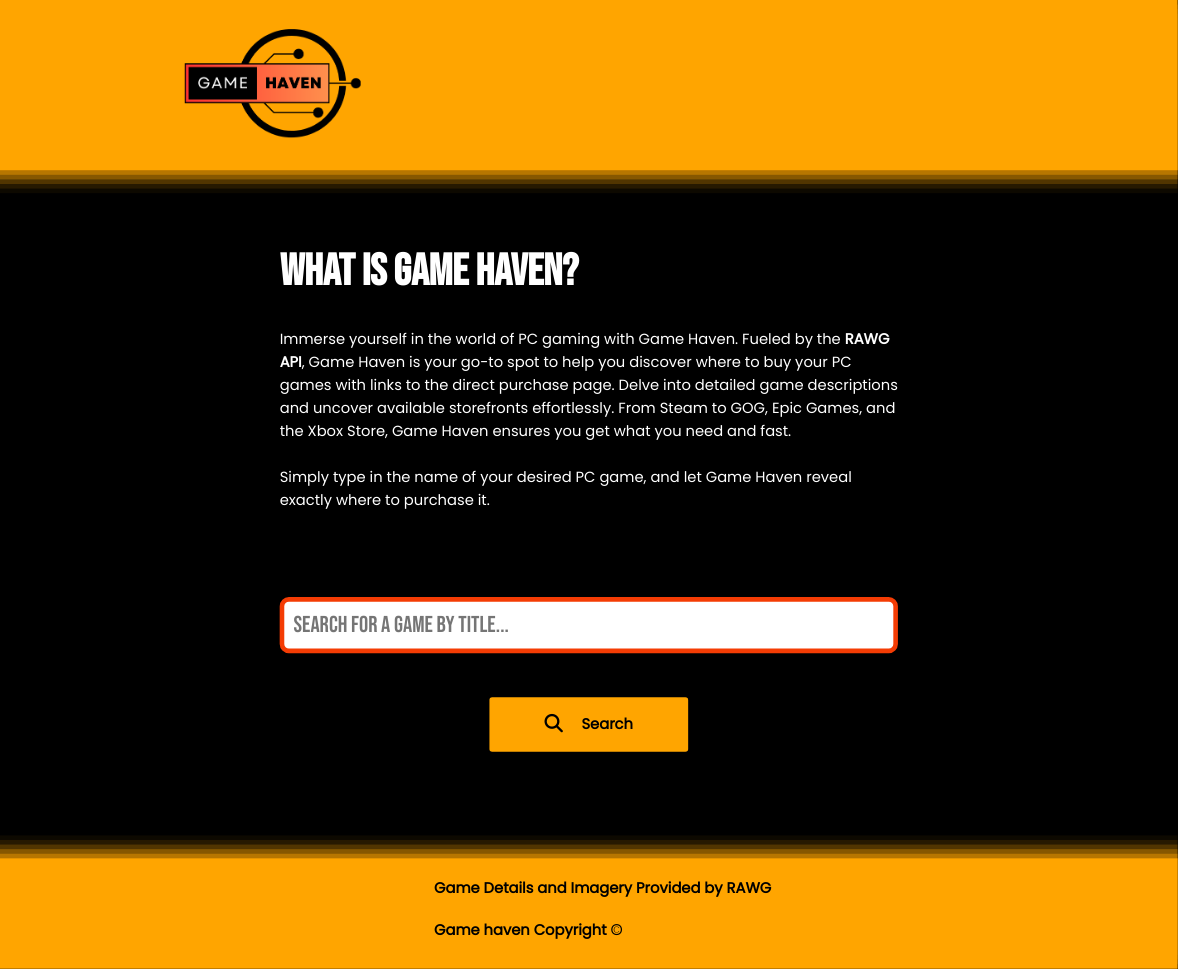
Repository: Steakfries101/Game-Haven
Page: index.html
These files come from the project's save history. The page is drawn as it stood at one moment and after a run of saves; the edit follows.
The browser window is 1280 px wide. The pictures show the whole page, at 92% of full size.
Some web libraries are served in a nearby version.

Above is the page before, as saved 2024-03-01 16:15:48.

### index.html
<!DOCTYPE html>
<html lang="en">

<head>
    <link rel="preconnect" href="https://fonts.googleapis.com">
    <link rel="preconnect" href="https://fonts.gstatic.com" crossorigin>
    <link href="https://fonts.googleapis.com/css2?family=Bebas+Neue&display=swap" rel="stylesheet">
    <link rel="preconnect" href="https://fonts.googleapis.com">
    <link rel="preconnect" href="https://fonts.gstatic.com" crossorigin>
    <link href="https://fonts.googleapis.com/css2?family=Poppins&display=swap" rel="stylesheet">
    <script src="https://kit.fontawesome.com/a00487040a.js" crossorigin="anonymous"></script>
    <meta charset="UTF-8">
    <meta name="viewport" content="width=device-width, initial-scale=1.0">
    <link rel="stylesheet" href="styles.css">

    <title>Game Haven</title>
    <link id="favicon" rel="icon" href="assets/Asset-2.ico" type="image/png" sizes="32*32">
</head>

<body>
    <div class="wrapper">
        <div id="top-bar">
            <img src="/assets/game-haven-logo.png" id="logo" alt="Gamehaven Logo">
        </div>
        <div class=site-body>
            <div class=intro>
                <h1>What is Game Haven?</h1>
                <p>Immerse yourself in the world of PC gaming with Game Haven. Fueled by the <strong>RAWG API</strong>,
                    Game Haven is your go-to spot to help you discover where to buy your PC games with links to the
                    direct purchase page.
                    Delve into detailed game descriptions and uncover available storefronts effortlessly. From Steam to
                    GOG, Epic Games, and the Xbox Store, Game Haven ensures you get what you need and fast. <br>
                    <br>Simply type in the name of your desired PC game, and let Game Haven reveal
                    exactly where to purchase it.
                </p>
            </div>
            <h2>Search</h2>
            <form class="search-container" id="noRefreshForm">
                <div class="form-container">
                    <div class="input-container">
                        <input type="search" class="search-bar" id="search-bar"
                            placeholder="Search for a game by title...">
                        <label for="search-bar">Example Label:</label>
                    </div>
                    <div class="button-container">
                        <button type="submit" class="search-button" id="search-submit">
                            <i class="fa-solid fa-magnifying-glass fa-lg" id="search-icon"></i>Search
                        </button>
                    </div>
                </div>
            </form>
        </div>
        <ul class="game-list">
        </ul>
    </div>
    <footer id="footer">
        <div id="copyright">
            <h3>Game Details and Imagery Provided by RAWG</h3>
            <h3>Game haven Copyright ©</h3>
        </div>
    </footer>
</body>
<script type="module" src="script.js"></script>

</html>

### styles.css
/* GLOBAL STYLINGS html*/
#logo {
  width: 45%;
  /* padding-left: 200px; */
}

#top-bar {
  text-align: left;
}

p {
  font-family: "Poppins", sans-serif;
}

h2 {
  color: black;
  text-align: center;
  /* font-family: */
  font-family: "Bebas Neue", sans-serif;
  letter-spacing: 1.4px;
  font-size: 3rem;
}

h1 {
  font-family: "Bebas Neue", sans-serif;
  font-size: 3rem;
}

.search-container {
  padding-bottom: 100px;
}

#search-bar {
  width: 100%;
  padding: 10px;
  border: #f43c04 solid 5px;
  border-radius: 10px;
  font-size: 25px;
  font-family: "Bebas Neue", sans-serif;
}

#search-submit {
  outline: none;
  cursor: pointer;
  font-weight: 600;
  border-radius: 3px;
  padding: 20px 60px;
  border: 0;
  color: black;
  background: orange;
  line-height: 1.15;
  font-size: 16px;
  font-family: "poppins", sans-serif;
  margin-top: 30px;
}

#search-submit:hover {
  transition: all 0.1s ease;
  box-shadow: 0 0 0 0 #fff, 0 0 0 3px white;
  font-size: 18px;
}

.search-display {
  color: white;
  text-align: center;
  padding: 45px;
  font-size: 3rem;
}

.input-container {
  width: 75%;
  margin: auto;
}

.button-container {
  width: 75%;
  margin-top: 30px;
  text-align: center;
  margin: auto;
}

#search-icon {
  margin-right: 20px;
  transition: color 0.1s linear;
}

#search-submit:hover #search-icon {
  size: 23px;
  color: red;
}

/*CSS responsible for keeping footer at bottom*/
body,
html {
  height: 100%;
  margin: 0;
}

body {
  background-color: black;
}

.wrapper {
  display: flex;
  flex-direction: column;
  min-height: 100%;
}

#footer {
  flex-shrink: 0;
  background-color: Orange;
  padding-bottom: 20px;
  height: 100px;
  width: 100%;
  display: flex;
  align-content: center;
  justify-content: center;
  box-shadow: rgba(255, 165, 0, 0.4) 0px -5px, rgba(255, 165, 0, 0.3) 0px -10px, rgba(255, 165, 0, 0.2) 0px -15px, rgba(255, 165, 0, 0.1) 0px -20px,
    rgba(255, 165, 0, 0.05) 0px -25px;
}

#footer h3 {
  /* align-self: flex-end; */
  /* align-self: flex-end; */
  margin-top: 20px;
  margin-right: 20px;
  font-size: 1rem;
  font-family: "poppins", sans-serif;
}

#copyright {
  /* width: 50%; */
  padding-left: 50px;
}

/*Read more and Read less button stylings */
.read-more,
.read-less {
  display: block;
  background-color: black;
  border-radius: 6px;
  box-shadow: rgba(0, 0, 0, 0.1) 0 2px 4px;
  color: #ffffff;
  cursor: pointer;
  height: 40px;
  text-align: center;
  margin: auto;
  width: 25%;
  z-index: 9;
  border: 0;
  transition: box-shadow 0.2s, font-size 0.2s, width 0.2s, height 0.2s;
}

.intro {
  width: 75%;
  display: block;
  margin: auto;
  padding-top: 50px;

  color: white;
}

.read-more:hover,
.read-less:hover {
  box-shadow: rgba(0, 0, 0, 0.25) 0px 54px 55px, rgba(0, 0, 0, 0.12) 0px -12px 30px, rgba(0, 0, 0, 0.12) 0px 4px 6px,
    rgba(0, 0, 0, 0.17) 0px 12px 13px, rgba(0, 0, 0, 0.09) 0px -3px 5px;
  height: 42px;
  width: 26%;
  font-size: 0.9rem;
}

/* CSS */

.store-fronts h4 {
  font-family: "Poppins", sans-serif;
  display: none;
}

/*TOP BAR STYLINGS  */
#top-bar {
  background-color: Orange;
  text-align: center;
  box-shadow: rgba(255, 165, 0, 0.4) 0px 5px, rgba(255, 165, 0, 0.3) 0px 10px, rgba(255, 165, 0, 0.2) 0px 15px, rgba(255, 165, 0, 0.1) 0px 20px,
    rgba(255, 165, 0, 0.05) 0px 25px;
}

li img {
  text-align: center;
}

/*Storefront CSS (Store logos and links)*/

.store-fronts img {
  padding-right: 10px;
  width: 67px;
}

.store-fronts {
  /* display:flex;   */
  text-align: center;
  /* flex-direction: column-reverse; */
}

/* Game infos related CSS */
.game-list {
  margin-left: -40px;
  background-color: #325bbc;

  /* background-color: #f43c04; */

  box-shadow: rgba(50, 91, 188, 0.4) 0px -5px 0px, rgba(50, 91, 188, 0.3) 0px -10px 0px, rgba(50, 91, 188, 0.2) 0px -15px 0px,
    rgba(50, 91, 188, 0.1) 0px -20px 0px, rgba(50, 91, 188, 0.05) 0px -25px 0px;
  margin-bottom: 0;
}

.game-data {
  display: flex;
  margin: auto;
  width: 86%;
  flex-direction: column;
  justify-content: space-around;
  align-items: center;
  background-color: orange;
  transition: border-left 200ms ease, border-right 200ms ease, box-shadow 200ms;
  background-color: orange;
  filter: brightness(100%);
  transition: filter 200ms linear;
  margin-bottom: 20px;
  box-shadow: rgba(0, 0, 0, 0.25) 0px 54px 55px, rgba(0, 0, 0, 0.12) 0px -12px 30px, rgba(0, 0, 0, 0.12) 0px 4px 6px,
    rgba(0, 0, 0, 0.17) 0px 12px 13px, rgba(0, 0, 0, 0.09) 0px -3px 5px;
  border-radius: 5px;
}

.game-cover {
  max-width: 90%;
  max-height: 399px;

  margin-bottom: 50px;
  margin-top: 50px;
  border-radius: 20px;
  box-shadow: rgba(0, 0, 0, 0.25) 0px 54px 55px, rgba(0, 0, 0, 0.12) 0px -12px 30px, rgba(0, 0, 0, 0.12) 0px 4px 6px,
    rgba(0, 0, 0, 0.17) 0px 12px 13px, rgba(0, 0, 0, 0.09) 0px -3px 5px;
}

.game-desc {
  color: black;
  max-width: 75%;
  font-size: 1.2rem;
  padding-bottom: 50px;
}

.description-container {
  margin-top: 20px;
  max-height: 506px;
  padding-bottom: 50px;
  overflow: hidden;
  overflow-y: auto;
}

.link-container {
  display: flex;
  justify-content: space-between;
}

.trailer-ost-links {
  /* background-color:blue; */
  /* padding:10px;*/
  /* border-radius: 10px;*/
  color: navy;
  font-size: 2rem;
  font-family: "Bebas Neue", sans-serif;

  /* transition: border-radius 0.2s linear; */
  /* margin-top: 0px;
  background-color: orangered; */
}
.clickables-container {
  display: flex;
  flex-direction: column-reverse;
  justify-content: space-between;
  flex-wrap: wrap-reverse;
}

/* LARGESCREEN MEDIA QUERIES*/
.form-container {
  align-items: center;
  display: flex;
  flex-direction: column;
  width: 100%;
}

@media only screen and (min-width: 1000px) {
  @media only screen and (min-width: 1000px) and (max-width: 1200px) {
    .clickables-container {
      flex-direction: column-reverse !important;
    }

    .link-container p {
      margin-top: 5px !important;
    }
    .description-container {
      max-height: fit-content;
    }
  }
  #logo {
    width: 15%;
    /* padding-left: 200px; */
    margin-left: 200px;
  }

  #top-bar {
    text-align: left;
  }

  h2 {
    font-size: 1.7rem;
    text-align: left;
  }

  .game-data {
    flex-direction: row;
    justify-content: space-between;
    max-width: 85%;
    filter: brightness(85%);
  }

  .game-data:hover {
    filter: brightness(100%);
    box-shadow: rgba(0, 0, 0, 0.16) 0px 3px 6px, rgba(0, 0, 0, 0.23) 0px 3px 6px;
  }

  .game-desc {
    max-width: 40%;
    padding-right: 75px;
    font-size: 1rem;
    min-width: 15%;
    word-wrap: break-word;
    /* margin: 0 0 25px; */
    display: flex;
    flex-direction: column;
  }

  .defaultDesc {
    margin-right: 4%;
    margin-left: -50px;
    font-size: 1.5rem;
  }

  .game-cover {
    max-width: 40%;
    max-height: 399px;
    margin-left: 55px;
    border-radius: 20px;
    box-shadow: rgba(0, 0, 0, 0.25) 0px 54px 55px, rgba(0, 0, 0, 0.12) 0px -12px 30px, rgba(0, 0, 0, 0.12) 0px 4px 6px,
      rgba(0, 0, 0, 0.17) 0px 12px 13px, rgba(0, 0, 0, 0.09) 0px -3px 5px;
  }

  .store-fronts {
    display: flex;
    /* justify-content: space-between; */
    flex-direction: row-reverse;
    justify-content: start;
    /* flex: 0 0 80%; */
  }

  .link-container {
    justify-content: start;
    padding-top: 0px;
    padding-right: 20px;
    gap: 20px;
  }

  .trailer-ost-links {
    font-size: 1.7rem;
    height: 30px;
  }

  .trailer-ost-links:hover {
    cursor: pointer;
    border-bottom: 3px navy solid;
    padding-bottom: 0px;
  }

  .clickables-container p {
    margin-bottom: 0px;
    margin-top: 20px;
  }

  .clickables-container {
    flex-direction: row-reverse;
  }

  .store-fronts img {
    width: 50px;
    height: 50px;
    transition: width 100ms linear, height 100ms linear;
    margin-right: 10px;
  }

  .store-fronts img:hover {
    height: 47px;
    width: 47px;
  }

  .description-container {
    scrollbar-color: #d98c00 #f43c04;
    flex-direction: column !important;
    max-height: 256px;
    padding-right: 10px;
  }
  .site-body {
    display: flex;
    flex-direction: column;
    align-content: center;

    margin: auto;
  }
  .intro {
    margin: auto;
  }

  .input-container {
    margin: 0;
  }
  .site-body {
    max-width: 70%;
  }
  .read-more {
    margin-bottom: -30px;
  }
}

### script.js
import * as iconGenerator from "/components/storeIconGenerator.js";
import { textDecider } from "/components/gameTextButtonCreator.js";

//YOUTUBE API
const youtubeKey = "AIzaSyCsEU3Fe6wNACeFTvZQgKA46QnreQL12NI";

//RAWG API
const baseUrl = "https://api.rawg.io/api/games";
const apiKey = "?key=eb297cab936749b380d022a9e1f0c9f1";

let searchButt = document.querySelector(".search-button");
searchButt.addEventListener("click", search);
let gameList = document.querySelector(".game-list");

//Stops the form from submitting (refreshing ) each time a search is made
document.getElementById("noRefreshForm").addEventListener("submit", (e) => {
  e.preventDefault();
});

async function fetchYoutubeTrailer(gameName) {
  try {
    const response = await fetch(
      `https://www.googleapis.com/youtube/v3/search?part=snippet&order=relevance&maxResults=1&q=${gameName} trailer&key=AIzaSyCsEU3Fe6wNACeFTvZQgKA46QnreQL12NI`
    );
    if (!response.ok) {
      throw new Error("Failed to fetch youtube data");
    }
    const youtubeData = await response.json();
    const videos = youtubeData.items;
    // console.log(youtubeData);
    return videos;
  } catch (error) {
    console.error("Error fetching youtube data");
  }
}
async function fetchYoutubePlaylist(gameName) {
  try {
    const response = await fetch(
      // https://www.googleapis.com/youtube/v3/search?q=your_search_query&part=snippet&maxResults=10&type=playlist&key=YOUR_API_KEY

      `https://www.googleapis.com/youtube/v3/search?part=snippet&maxResults=1&q=${gameName} OST &type=playlist&key=AIzaSyCsEU3Fe6wNACeFTvZQgKA46QnreQL12NI`
    );
    if (!response.ok) {
      throw new Error("Failed to fetch youtube playlist data");
    }
    const youtubeData = await response.json();
    const videos = youtubeData.items;
    // console.log(youtubeData);
    return videos;
  } catch (error) {
    console.error("Error fetching youtube playlist data");
  }
}

//Get the game data
async function fetchGameData(gameName) {
  try {
    const response = await fetch(`${baseUrl}${apiKey}&search=${gameName}&search_exact=true&ordering=name?parent_platforms=1`);
    if (!response.ok) {
      throw new Error("Failed to fetch game data");
    }

    const data = await response.json();
    const games = data.results;
    return games;
  } catch (error) {
    console.error("Error fetching game data", error);
  }
}
//Get the game descriptions
async function getGameDescription(gameId) {
  try {
    const response = await fetch(`${baseUrl}/${gameId}${apiKey}`);
    if (!response.ok) {
      throw new Error("Failed to fetch game desc data");
    }
    const data = await response.json();
    return data.description;
  } catch (error) {
    console.error("Error fetching game descriptions ERROR: ", error);
  }
}

//Get stores for each game based on game id
async function getGameStores(gameId) {
  try {
    const response = await fetch(`${baseUrl}/${gameId}/stores${apiKey}`);

    if (!response.ok) {
      throw new Error("Failed to fetch game stores data");
    }
    const data = await response.json();
    return data.results;
  } catch (error) {
    console.error("Error fetching game stores data ERROR: ", error);
  }
}

//Beginning of loop that loops through returned data games and builds javascript
async function loopData(gameName) {
  const gameData = await fetchGameData(gameName);
  const gameList = document.querySelector(".game-list");
  const error = document.createElement("h2");

  error.className = "search-display";
  error.textContent = searchDisplay(gameData);
  gameList.appendChild(error);
  //Check if data returned from search query

  //If data is there this checks each games storefronts to confirm it has one of the following as a store (5,1,2,11)
  gameData.forEach(async (game) => {
    // console.log(game);

    if (game.stores !== null) {
      const includesStore = game.stores.some(
        (store) => store.store.id === 5 || store.store.id === 1 || store.store.id === 2 || store.store.id === 11
      );
      if (!includesStore) {
        return;
      }
      console.log(game.name);
      const text = await getGameDescription(game.id);

      const gameItem = document.createElement("li");
      gameItem.className = "game-item";
      gameList.appendChild(gameItem);

      const gameInfo = document.createElement("article");
      gameInfo.className = "game-data";
      gameItem.appendChild(gameInfo);

      const gameCover = document.createElement("img");
      gameCover.src = game.background_image;
      gameCover.alt = `Game image of ${game.name}`;
      gameCover.className = "game-cover";
      gameInfo.appendChild(gameCover);

      const gameDesc = document.createElement("div");
      gameDesc.className = "game-desc";
      gameInfo.appendChild(gameDesc);

      const storeFronts = document.createElement("div");
      storeFronts.className = "store-fronts";

      const gameTitle = document.createElement("h2");
      gameTitle.textContent = game.name;
      gameDesc.appendChild(gameTitle);

      const clickables = document.createElement("div");
      clickables.className = "clickables-container";

      gameDesc.appendChild(clickables);
      const linkContainer = document.createElement("div");
      linkContainer.className = "link-container";
      gameDesc.appendChild(linkContainer);

      const trailerLink = document.createElement("p");
      trailerLink.className = "trailer-ost-links";
      trailerLink.textContent = "Trailer";
      trailerLink.addEventListener("click", () => {
        getTrailer();
      });
      linkContainer.appendChild(trailerLink);

      const soundtrackLink = document.createElement("p");
      soundtrackLink.textContent = "Soundtrack";
      soundtrackLink.className = "trailer-ost-links";
      linkContainer.appendChild(soundtrackLink);
      soundtrackLink.addEventListener("click", () => {
        getPlaylist();
      });

      clickables.appendChild(linkContainer);

      textDecider(text, gameDesc, storeFronts, clickables);

      async function getTrailer() {
        let gameRename = "";
        if (!game.name.includes("1")) {
          gameRename = game.name + " 1";
        } else {
          gameRename = game.name;
        }
        const trailerData = await fetchYoutubeTrailer(gameRename);

        const videoId = trailerData[0].id.videoId;
        window.open(`https://www.youtube.com/watch?v=${videoId}`);
      }

      async function getPlaylist() {
        // const playlistData = await fetchYoutubePlaylist(game.name);
        // // console.log(game.name);
        // const playList = playlistData[0].id.playlistId;

        // if (!playList) {
        //   alert("No soundtrack found");
        // } else {
        //   window.open(`//www.youtube.com/playlist?list=${playlistData[0].id.playlistId}`);
        console.log(
          `https://www.googleapis.com/youtube/v3/search?part=snippet&maxResults=1&q=${game.name} OST &type=playlist&key=AIzaSyCsEU3Fe6wNACeFTvZQgKA46QnreQL12NI`
        );
      }
      adjustPadding(gameList);
      //-----------------STOREFRONT LOGO CODE-----------------//

      const stores = await getGameStores(game.id);
      stores.forEach((store) => {
        switch (store.store_id) {
          case 1:
            iconGenerator.createSteam(store, storeFronts);
            break;
          case 5:
            iconGenerator.createGOG(store, storeFronts);
            break;
          case 11:
            iconGenerator.createEpicGames(store, storeFronts);
            break;
          case 2:
            iconGenerator.createXboxStore(store, storeFronts);
            break;
        }
      });
    }
  });
}

function getSearchValue() {
  const value = document.querySelector(".search-bar").value;
  return value;
}

function search() {
  gameList.innerHTML = "";
  if (!getSearchValue()) {
    alert("Please Enter A Game Name!");
    return;
  } else {
    loopData(getSearchValue());
  }
}

function searchDisplay(data) {
  if (data == "") {
    return `No game by the name of ${getSearchValue()}`;
  } else {
    return `Showing results for ${getSearchValue()}`;
  }
}

//**********************************************************THIS PUTS STOREFRONT ICONS INBETWEEN TITLE AND TEXT */

function adjustPadding(gameList) {
  if (gameList.children.length > 0) {
    gameList.style.paddingBottom = "200px";
  } else {
    gameList.style.padding = "0";
  }
}

//Create back to top button
const backToTop = document.createElement("p");
backToTop.textContent = "HELLO";

### components/storeIconGenerator.js
//-----------------STORE FRONT LINKS + LOGO GENERATOR FUNCTIONS-----------------//
function createSteam(store, storeFronts) {
    const storeLink = document.createElement("a");
    const image = document.createElement("img");
    image.src = "assets/Steam_icon_logo.svg.png";
    image.alt = "Steam Logo";
    storeLink.appendChild(image);
    storeLink.href = store.url;
    storeFronts.appendChild(storeLink);
  }

  function createGOG(store, storeFronts) {
    const storeLink = document.createElement("a");
    const image = document.createElement("img");
    image.src = "assets/gog_icon_135545.png";
    image.alt = "GOG Logo";
    storeLink.appendChild(image);
    storeLink.href = store.url;
    storeFronts.appendChild(storeLink);
  }


  function createEpicGames(store, storeFronts) {
    const storeLink = document.createElement("a");
    const image = document.createElement("img");
    image.src = "assets/Epic_Games_logo.svg.png";
    image.alt = "Epic Games Logo";
    storeLink.appendChild(image);
    storeLink.href = store.url;
    storeFronts.appendChild(storeLink);
  }

  function createXboxStore(store, storeFronts) {
    const storeLink = document.createElement("a");
    const image = document.createElement("img");
    image.src = "assets/xbox.png";
    image.alt = "Xbox Logo";
    storeLink.append(image);
    storeLink.href = store.url;
    storeFronts.appendChild(storeLink);
  }

  export{createSteam,createGOG,createEpicGames,createXboxStore}

### components/gameTextButtonCreator.js
function textDecider(text, gameDesc, storeFronts, gameTitle) {
  const num = 250;

  const descriptionContainer = document.createElement("div");
  descriptionContainer.className = "description-container";

  if (text.length > num) {
    const part1 = text.slice(0, num);
    const part2 = text.slice(num);

    const part1Para = document.createElement("p");
    part1Para.innerHTML = `${part1}<strong>...</strong>`;
    gameDesc.appendChild(part1Para);

    const part2Para = document.createElement("p");
    part2Para.innerHTML = `${part1}${part2}`;
    part2Para.style.display = "none";
    gameDesc.appendChild(part2Para);

    descriptionContainer.appendChild(part1Para);
    descriptionContainer.appendChild(part2Para);
    gameTitle.appendChild(storeFronts);
    part2Para.scrollTop = 50;

    gameDesc.appendChild(descriptionContainer);
    const readMore = document.createElement("button");
    readMore.className = "read-more";
    readMore.textContent = "Read More";
    part1Para.appendChild(readMore);

    const readLess = document.createElement("button");
    readLess.className = "read-less";
    readLess.textContent = "Read Less";
    part2Para.appendChild(readLess);

    readMore.addEventListener("click", () => {
      part2Para.style.display = "block";
      part1Para.style.display = "none";
    });
    readLess.addEventListener("click", () => {
      part2Para.style.display = "none";
      part1Para.style.display = "block";
    });
  } else if (text.length < num) {
    const part1Para = document.createElement("p");
    part1Para.textContent = text;
    gameDesc.appendChild(part1Para);
    descriptionContainer.appendChild(part1Para);
    gameTitle.appendChild(storeFronts);
    gameDesc.appendChild(descriptionContainer);
  } else {
    const defaultDesc = document.createElement("p");
    defaultDesc.className = "defaultDesc";
    defaultDesc.textContent = "No game description found";
    gameInfo.appendChild(defaultDesc);
  }
}

export { textDecider };

After the next 2 saves:
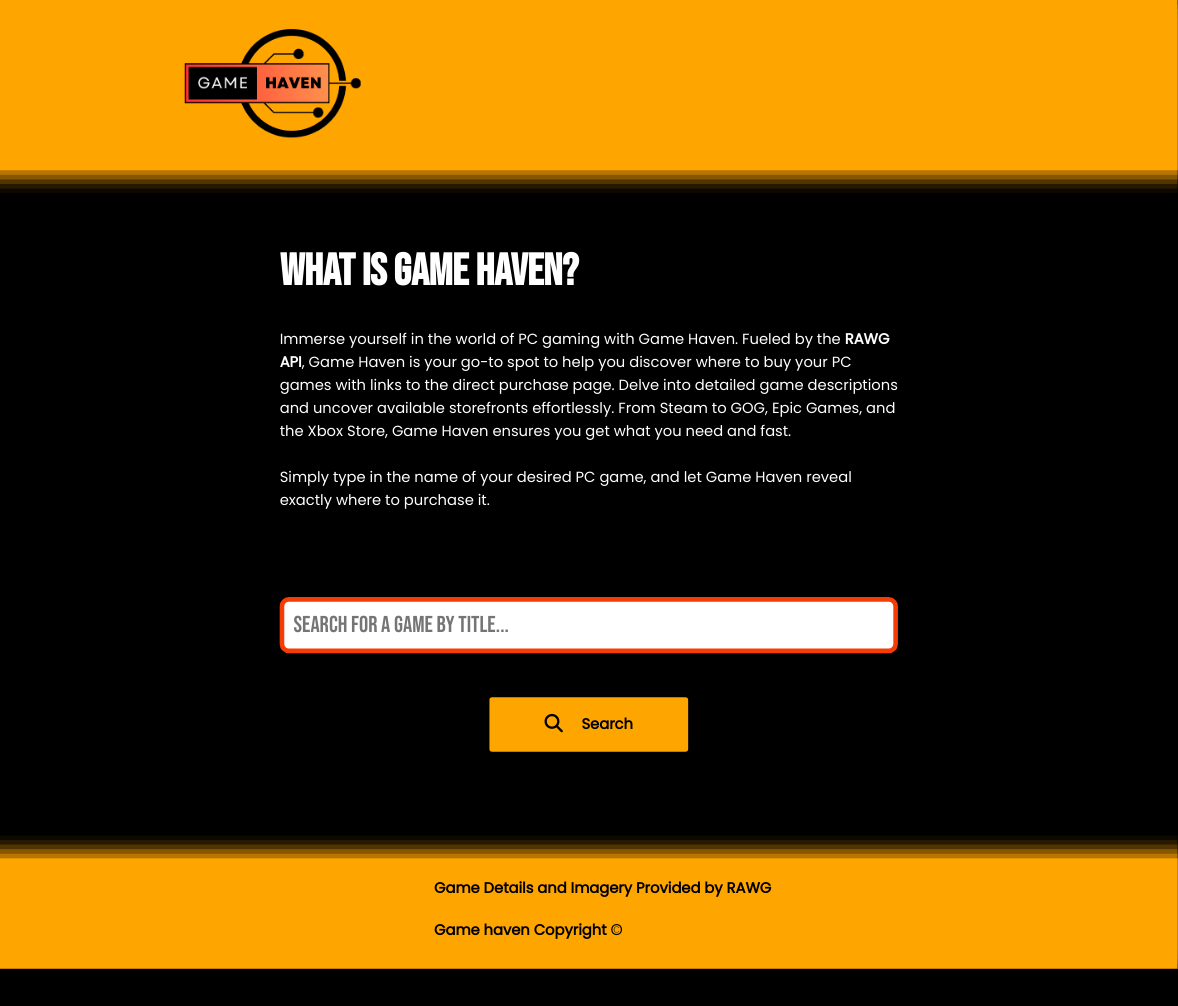
The 2 saves are shown as one change because they came seconds apart.
The last was saved 13 s later.
--- a/script.js
+++ b/script.js
@@ -260,3 +260,4 @@ function adjustPadding(gameList) {
 //Create back to top button
 const backToTop = document.createElement("p");
 backToTop.textContent = "HELLO";
+document.body.appendChild(backToTop);
